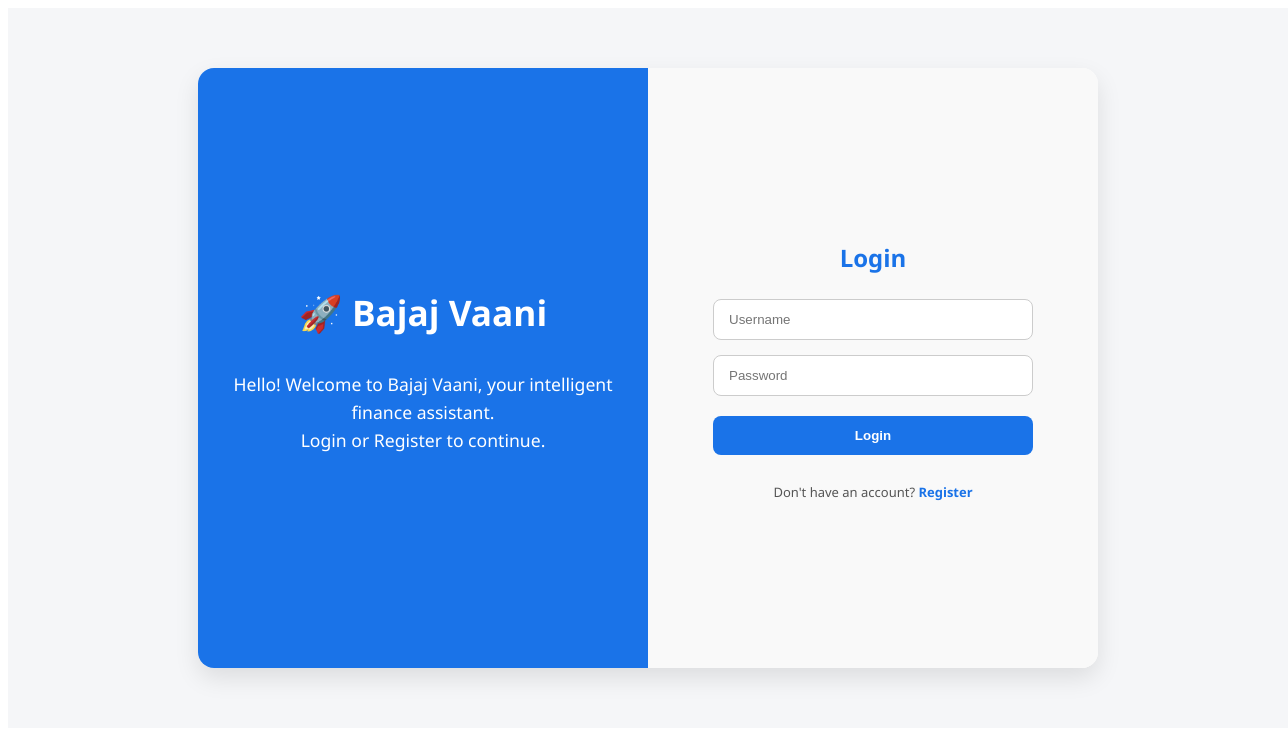
Repository: riyaaaa19/Bajaj-Vaani
Page: / (app in frontend/)
The author's editor kept a copy of each file at every save. The page is drawn from the files as they stood at one save, then again after the next save.
The browser window is 1280 px wide. The page is 1288 px wide, so the pictures cover 1288 px, including what lies to the right of the window. The pictures show the whole page.
The project was rebuilt for these pictures with package versions that can differ from the ones it lists, and the page was loaded fresh each time. Also part of the build but not shown: frontend/src/components/Chatbot.js, frontend/src/components/Navbar.js.

Above is the page before, as saved 2025-09-21 23:27:25.

### frontend/src/App.js
import React, { useState } from "react";
import LoginRegister from "./components/LoginRegister";
import Chatbot from "./components/Chatbot";
import Navbar from "./components/Navbar";

export default function App() {
  const [token, setToken] = useState(localStorage.getItem("token") || "");
  const [username, setUsername] = useState(localStorage.getItem("username") || "");

  const handleLogin = (t, u) => {
    setToken(t);
    setUsername(u);
    localStorage.setItem("token", t);
    localStorage.setItem("username", u);
  };

  const handleLogout = () => {
    localStorage.removeItem("token");
    localStorage.removeItem("username");
    setToken("");
    setUsername("");
  };

  if (!token) {
    return <LoginRegister onLogin={handleLogin} />;
  }

  return (
    <div style={{ height: "100vh", display: "flex", flexDirection: "column" }}>
      <Navbar username={username} onLogout={handleLogout} />
      <div style={{ flex: 1 }}>
        <Chatbot token={token} />
      </div>
    </div>
  );
}

### frontend/src/components/LoginRegister.js
import React, { useState } from "react";
import API from "../api";

export default function LoginRegister({ onLogin }) {
  const [isLogin, setIsLogin] = useState(true);
  const [username, setUsername] = useState("");
  const [password, setPassword] = useState("");
  const [message, setMessage] = useState("");

  const handleSubmit = async (e) => {
    e.preventDefault();
    try {
      if (isLogin) {
        const res = await API.post("/login", { username, password });
        localStorage.setItem("token", res.data.access_token);
        setMessage("✅ Login successful!");
        onLogin(res.data.access_token);
      } else {
        await API.post("/register", { username, password });
        setMessage("✅ Registration successful! You can now login.");
        setIsLogin(true);
      }
    } catch (err) {
      setMessage(
        "❌ Error: " + (err.response?.data?.detail || "Something went wrong")
      );
    }
  };

  return (
    <div
      style={{
        display: "flex",
        alignItems: "center",
        justifyContent: "center",
        height: "100vh",
        width: "100vw",
        background: "#f5f6f8",
        fontFamily: "'Segoe UI', Tahoma, Geneva, Verdana, sans-serif",
      }}
    >
      <div
        style={{
          display: "flex",
          width: "900px",
          maxWidth: "95%",
          height: "600px",
          background: "white",
          borderRadius: "16px",
          overflow: "hidden",
          boxShadow: "0 10px 25px rgba(0,0,0,0.1)",
        }}
      >
        {/* Left Column */}
        <div
          style={{
            flex: 1,
            background: "#1a73e8",
            color: "white",
            display: "flex",
            flexDirection: "column",
            justifyContent: "center",
            alignItems: "center",
            padding: "2rem",
          }}
        >
          <h1 style={{ fontSize: "2.2rem", marginBottom: "1rem" }}>
            🚀 Bajaj Vaani
          </h1>
          <p style={{ fontSize: "1.1rem", textAlign: "center", lineHeight: "1.6" }}>
            Hello! Welcome to Bajaj Vaani, your intelligent finance assistant.
            <br />
            Login or Register to continue.
          </p>
        </div>

        {/* Right Column */}
        <div
          style={{
            flex: 1,
            display: "flex",
            justifyContent: "center",
            alignItems: "center",
            padding: "2rem",
            background: "#f9f9f9",
          }}
        >
          <form
            onSubmit={handleSubmit}
            style={{
              width: "100%",
              maxWidth: "320px",
              display: "flex",
              flexDirection: "column",
            }}
          >
            <h2
              style={{
                textAlign: "center",
                marginBottom: "25px",
                color: "#1a73e8",
              }}
            >
              {isLogin ? "Login" : "Register"}
            </h2>

            <input
              type="text"
              placeholder="Username"
              value={username}
              onChange={(e) => setUsername(e.target.value)}
              style={{
                padding: "12px 15px",
                marginBottom: "15px",
                borderRadius: "8px",
                border: "1px solid #ccc",
                outline: "none",
              }}
            />

            <input
              type="password"
              placeholder="Password"
              value={password}
              onChange={(e) => setPassword(e.target.value)}
              style={{
                padding: "12px 15px",
                marginBottom: "20px",
                borderRadius: "8px",
                border: "1px solid #ccc",
                outline: "none",
              }}
            />

            <button
              type="submit"
              style={{
                padding: "12px",
                borderRadius: "8px",
                border: "none",
                background: "#1a73e8",
                color: "white",
                fontWeight: "600",
                cursor: "pointer",
                marginBottom: "15px",
              }}
              onMouseOver={(e) => (e.currentTarget.style.background = "#1669c1")}
              onMouseOut={(e) => (e.currentTarget.style.background = "#1a73e8")}
            >
              {isLogin ? "Login" : "Register"}
            </button>

            <p style={{ textAlign: "center", fontSize: "13px", color: "#555" }}>
              {isLogin ? "Don't have an account?" : "Already registered?"}{" "}
              <span
                onClick={() => setIsLogin(!isLogin)}
                style={{
                  color: "#1a73e8",
                  cursor: "pointer",
                  fontWeight: "600",
                }}
              >
                {isLogin ? "Register" : "Login"}
              </span>
            </p>

            {message && (
              <p
                style={{
                  textAlign: "center",
                  marginTop: "12px",
                  color: message.startsWith("✅") ? "green" : "red",
                  fontSize: "14px",
                }}
              >
                {message}
              </p>
            )}
          </form>
        </div>
      </div>
    </div>
  );
}

### frontend/src/api.js
// src/api.js
import axios from "axios";

const API = axios.create({
  baseURL: "http://localhost:8000", // change if your FastAPI runs elsewhere
});

// Attach token to every request
API.interceptors.request.use((config) => {
  const token = localStorage.getItem("token");
  if (token) {
    config.headers.Authorization = `Bearer ${token}`;
  }
  return config;
});

export default API;

Loaded but not shown: frontend/public/index.html (common file); frontend/src/index.js (common file)

After the next save:
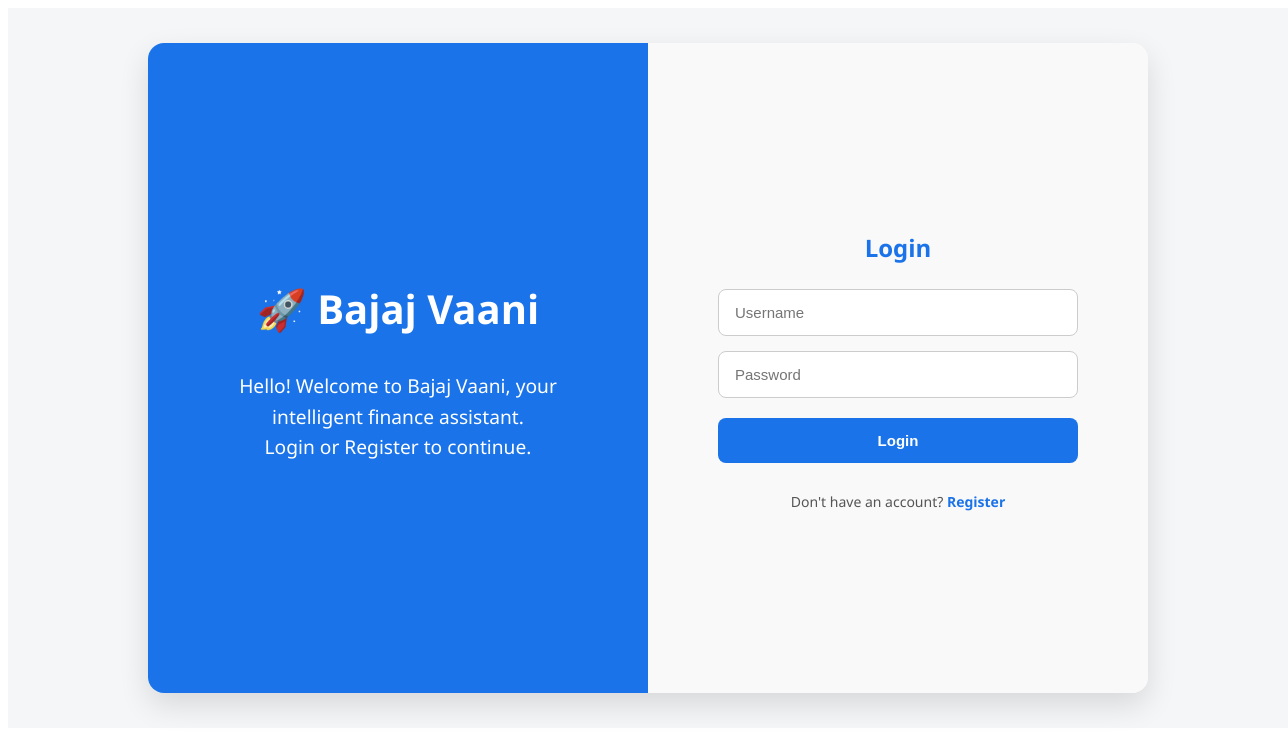
Saved 51 s later.
--- a/frontend/src/components/LoginRegister.js
+++ b/frontend/src/components/LoginRegister.js
@@ -42,13 +42,13 @@
       <div
         style={{
           display: "flex",
-          width: "900px",
+          width: "1000px", // slightly wider
           maxWidth: "95%",
-          height: "600px",
+          height: "650px",
           background: "white",
           borderRadius: "16px",
           overflow: "hidden",
-          boxShadow: "0 10px 25px rgba(0,0,0,0.1)",
+          boxShadow: "0 12px 30px rgba(0,0,0,0.12)",
         }}
       >
         {/* Left Column */}
@@ -61,13 +61,19 @@
             flexDirection: "column",
             justifyContent: "center",
             alignItems: "center",
-            padding: "2rem",
+            padding: "3rem",
           }}
         >
-          <h1 style={{ fontSize: "2.2rem", marginBottom: "1rem" }}>
+          <h1 style={{ fontSize: "2.5rem", marginBottom: "1rem" }}>
             🚀 Bajaj Vaani
           </h1>
-          <p style={{ fontSize: "1.1rem", textAlign: "center", lineHeight: "1.6" }}>
+          <p
+            style={{
+              fontSize: "1.2rem",
+              textAlign: "center",
+              lineHeight: "1.6",
+            }}
+          >
             Hello! Welcome to Bajaj Vaani, your intelligent finance assistant.
             <br />
             Login or Register to continue.
@@ -81,7 +87,7 @@
             display: "flex",
             justifyContent: "center",
             alignItems: "center",
-            padding: "2rem",
+            padding: "3rem",
             background: "#f9f9f9",
           }}
         >
@@ -89,7 +95,7 @@
             onSubmit={handleSubmit}
             style={{
               width: "100%",
-              maxWidth: "320px",
+              maxWidth: "360px",
               display: "flex",
               flexDirection: "column",
             }}
@@ -110,11 +116,12 @@
               value={username}
               onChange={(e) => setUsername(e.target.value)}
               style={{
-                padding: "12px 15px",
+                padding: "14px 16px",
                 marginBottom: "15px",
                 borderRadius: "8px",
                 border: "1px solid #ccc",
                 outline: "none",
+                fontSize: "15px",
               }}
             />
 
@@ -124,18 +131,19 @@
               value={password}
               onChange={(e) => setPassword(e.target.value)}
               style={{
-                padding: "12px 15px",
+                padding: "14px 16px",
                 marginBottom: "20px",
                 borderRadius: "8px",
                 border: "1px solid #ccc",
                 outline: "none",
+                fontSize: "15px",
               }}
             />
 
             <button
               type="submit"
               style={{
-                padding: "12px",
+                padding: "14px",
                 borderRadius: "8px",
                 border: "none",
                 background: "#1a73e8",
@@ -143,6 +151,7 @@
                 fontWeight: "600",
                 cursor: "pointer",
                 marginBottom: "15px",
+                fontSize: "15px",
               }}
               onMouseOver={(e) => (e.currentTarget.style.background = "#1669c1")}
               onMouseOut={(e) => (e.currentTarget.style.background = "#1a73e8")}
@@ -150,7 +159,13 @@
               {isLogin ? "Login" : "Register"}
             </button>
 
-            <p style={{ textAlign: "center", fontSize: "13px", color: "#555" }}>
+            <p
+              style={{
+                textAlign: "center",
+                fontSize: "14px",
+                color: "#555",
+              }}
+            >
               {isLogin ? "Don't have an account?" : "Already registered?"}{" "}
               <span
                 onClick={() => setIsLogin(!isLogin)}
